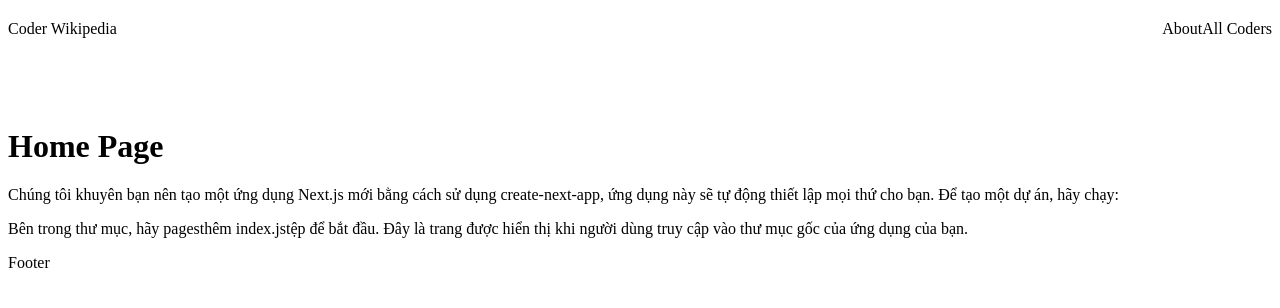
Repository: DuckyNumberONS/H-c-Next-Js
Page: / (app in my-app/)
These files come from the project's save history. The page is drawn as it stood at one moment and after a run of saves; the edit follows.
The browser window is 1280 px wide. The pictures show the whole page.
Some web fonts or font styles are not loaded; a fallback is used. The project was rebuilt for these pictures with package versions that can differ from the ones it lists, and the page was loaded fresh each time. The framework's server and built-in components were replaced by stand-ins that run in the browser. Also part of the build but not shown: my-app/next.config.js.

Above is the page before, as saved 2022-09-22 09:07:20.

### my-app/pages/index.js

export default function Home() {
  return (
    <>
      <div>
        <h1>Home Page</h1>
        <p>
          Chúng tôi khuyên bạn nên tạo một ứng dụng Next.js mới bằng cách sử
          dụng create-next-app, ứng dụng này sẽ tự động thiết lập mọi thứ cho
          bạn. Để tạo một dự án, hãy chạy:
        </p>
        <p>
          Bên trong thư mục, hãy pagesthêm index.jstệp để bắt đầu. Đây là trang
          được hiển thị khi người dùng truy cập vào thư mục gốc của ứng dụng của
          bạn.
        </p>
      </div>
    </>
  );
}

### my-app/components/layout.js
import React from 'react'
import Footer from './Footer'
import Navbar from './navbar'

export default function Layout({children}) {
  return (
    <div className='content'>
        <Navbar />
            {children}
        <Footer />
    </div>
  )
}

### my-app/styles/globals.css
@import url('https://fonts.googleapis.com/css2?family=Dangrek&display=swap');
body{
  background: white;
  color: black;
  font-family:'Dangrek';
}
a{
  color: black;
  text-decoration: none;
}
nav{
  margin: 10px auto 80px;
  padding: 10px 0px;
  display: flex;
  justify-content: space-between;
  align-items: center;
  border-bottom: ;
}

### my-app/components/Footer.js
import React from "react";

export default function Footer() {
  return (
    <footer>Footer</footer>
  );
}

### my-app/components/navbar.js
import React from "react";
import Link from "next/link";
export default function Navbar() {
  return (
    <nav>
      <div>
        <Link href="/">
          <a>Coder Wikipedia</a>
        </Link>
      </div>
      <div>
        <Link href="/about">
          <a>About</a>
        </Link>
        <Link href="/coders">
          <a>All Coders</a>
        </Link>
      </div>
    </nav>
  );
}

Loaded but not shown: my-app/pages/_app.js (common file)

After the next 4 saves:
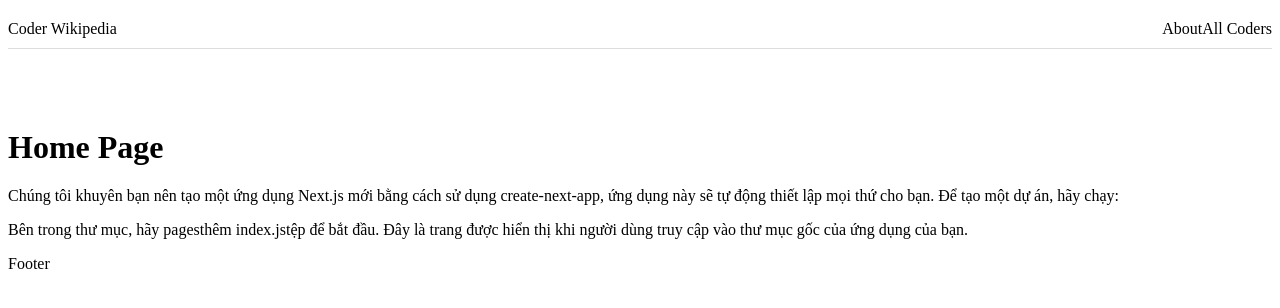
The 4 saves are shown as one change because they came seconds apart.
The last was saved 12 s later.
--- a/my-app/styles/globals.css
+++ b/my-app/styles/globals.css
@@ -14,5 +14,5 @@ nav{
   display: flex;
   justify-content: space-between;
   align-items: center;
-  border-bottom: ;
+  border-bottom: 1px solid #ddd;
 }
